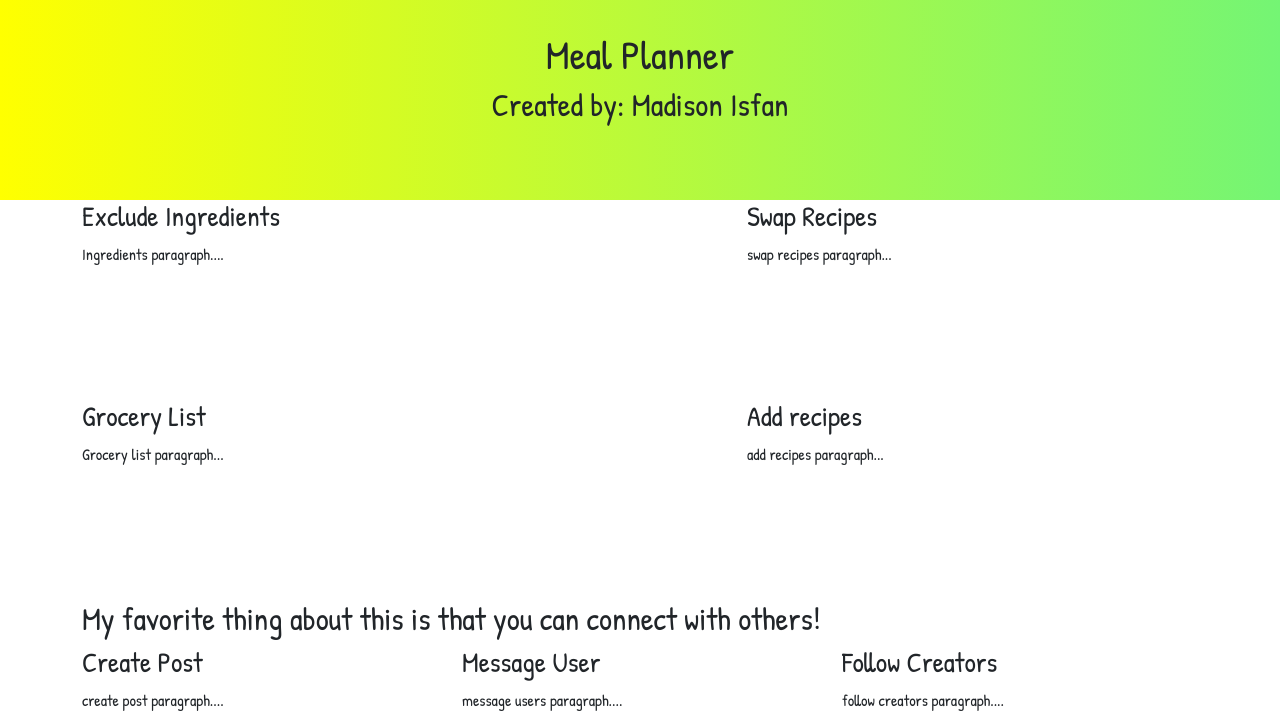
Repository: madisonisfan/Meal-Planner
Page: index.html
These files come from the project's save history. The page is drawn as it stood at one moment and after the next save; the edit follows.
The browser window is 1280 px wide. The pictures show the whole page.
Some web libraries are served in a nearby version.

Above is the page before, as saved 2021-02-17 17:05:54.

After the next save:
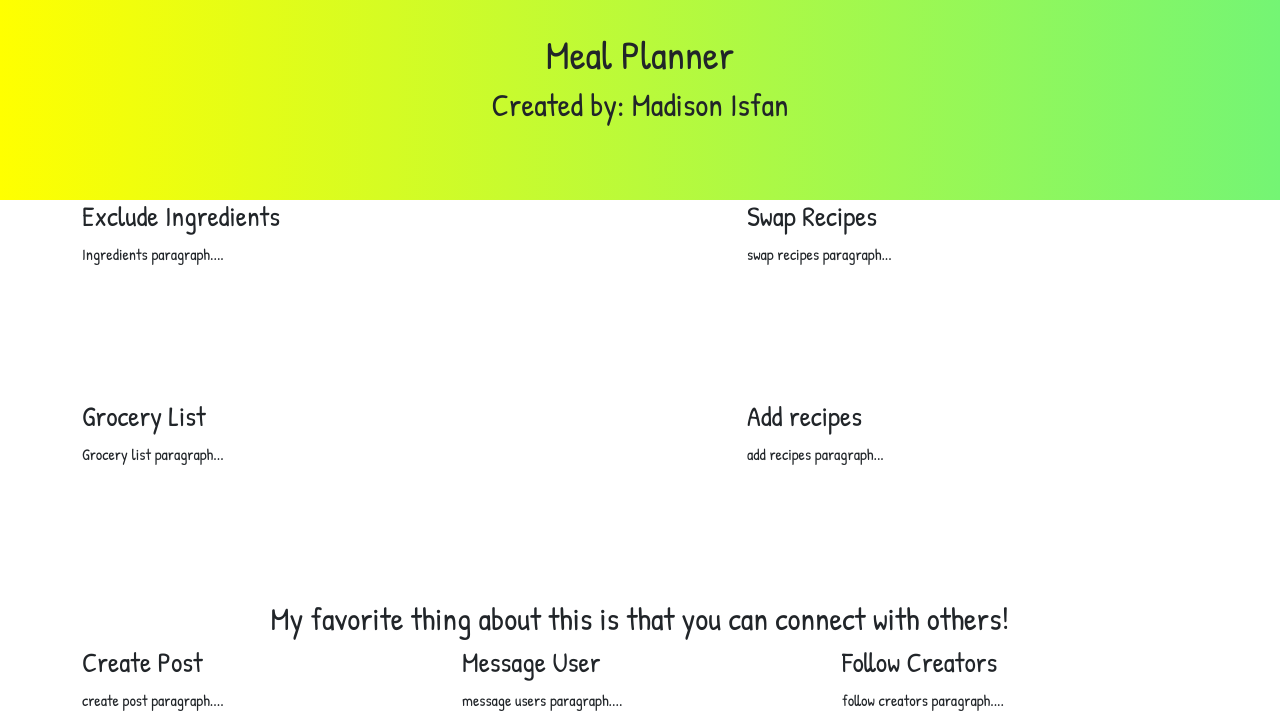
Saved 42 s later.
--- a/index.html
+++ b/index.html
@@ -52,7 +52,7 @@
 
     <div class="container">
         <div class="row">
-            <div class="col">
+            <div class="col text-center">
                 <h2>My favorite thing about this is that you can connect with others!</h2>
             </div>
         </div>

After the save that followed:
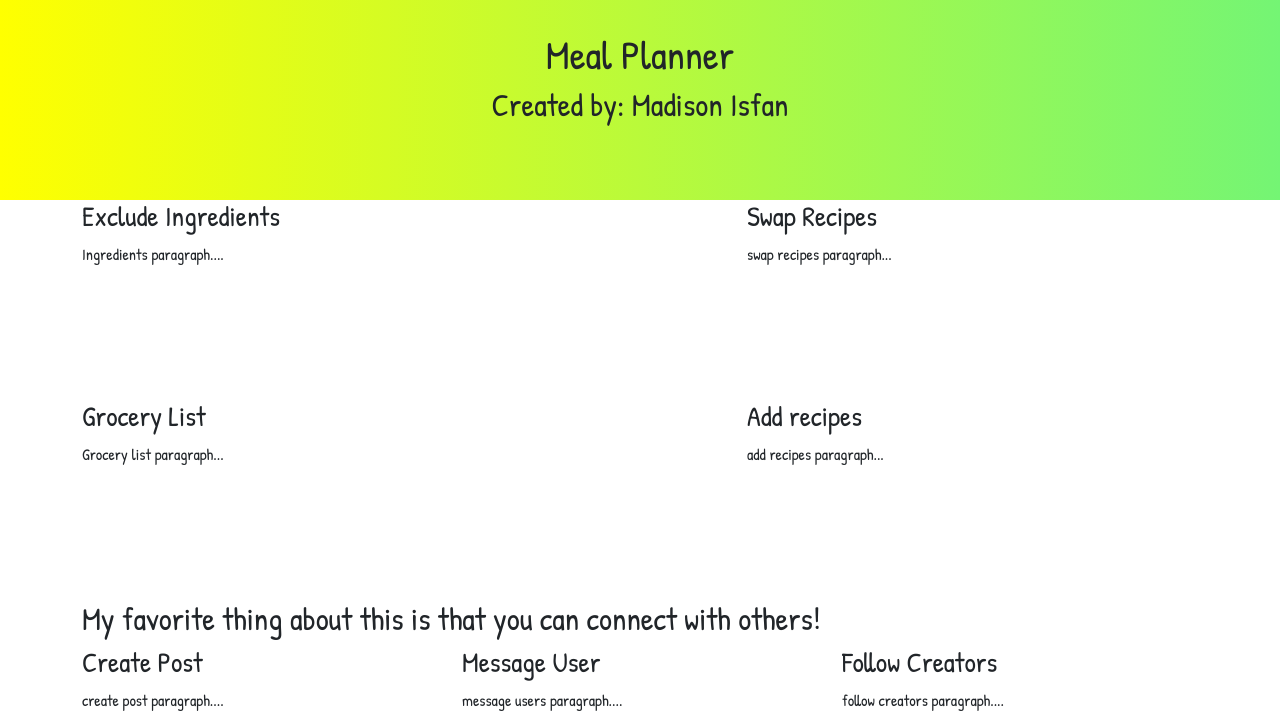
Saved 7 s later.
--- a/index.html
+++ b/index.html
@@ -52,7 +52,7 @@
 
     <div class="container">
         <div class="row">
-            <div class="col text-center">
+            <div class="col ">
                 <h2>My favorite thing about this is that you can connect with others!</h2>
             </div>
         </div>
